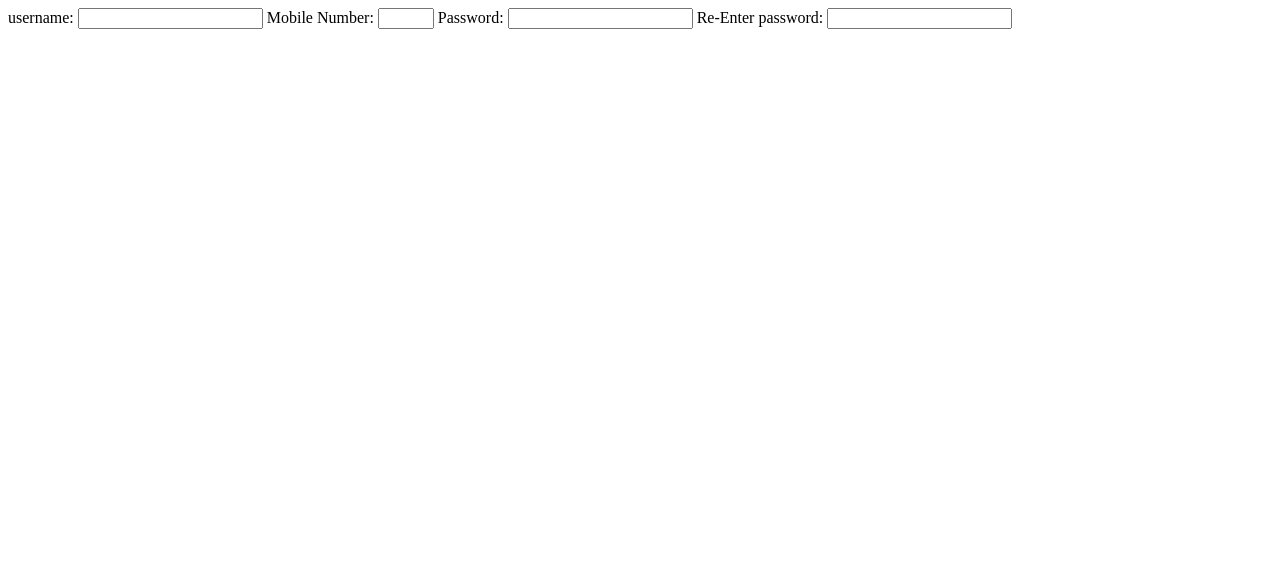
Repository: sasidhar1029/LocalFiles
Page: http://localhost/Electricity_Billing_System/Registration.jsp
An editor plug-in stored every save of this project. The page is shown before and after the next save, followed by the edit.
The browser window is 1280 px wide. The pictures show the whole page.
The page is served by Tomcat 10.

Above is the page before, as saved 2026-02-25 07:05:23.

After the next save:
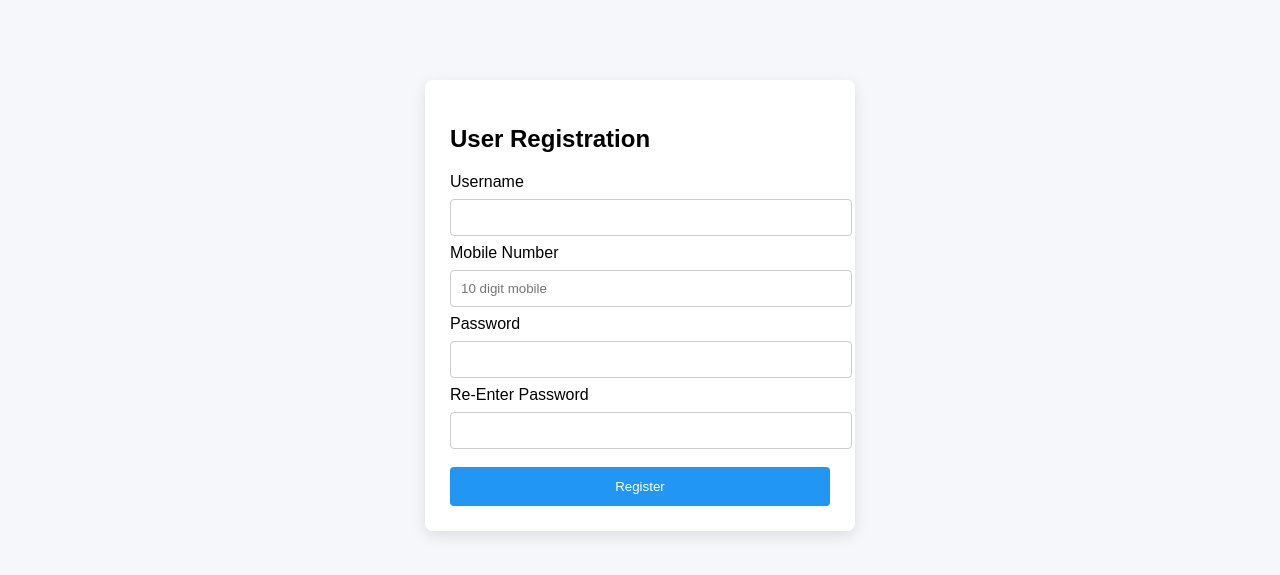
Saved 68 s later.
--- a/Electricity_Billing_System/src/main/webapp/Registration.jsp
+++ b/Electricity_Billing_System/src/main/webapp/Registration.jsp
@@ -1,21 +1,66 @@
 <%@ page language="java" contentType="text/html; charset=UTF-8"
-    pageEncoding="UTF-8"%>
+pageEncoding="UTF-8"%>
+
 <!DOCTYPE html>
+
 <html>
 <head>
 <meta charset="UTF-8">
-<title>Insert title here</title>
+<title>Registration</title>
+
+<style>
+body{
+    font-family:Arial;
+    background:#f5f7fa;
+}
+.container{
+    width:380px;
+    margin:80px auto;
+    background:#fff;
+    padding:25px;
+    border-radius:8px;
+    box-shadow:0 5px 15px rgba(0,0,0,0.1);
+}
+input{
+    width:100%;
+    padding:10px;
+    margin:8px 0;
+    border:1px solid #ccc;
+    border-radius:4px;
+}
+button{
+    width:100%;
+    padding:12px;
+    background:#2196f3;
+    color:#fff;
+    border:none;
+    border-radius:4px;
+    margin-top:10px;
+}
+</style>
+
 </head>
 <body>
+
+<div class="container">
+
+<h2>User Registration</h2>
+
 <form action="registration" method="post">
-username:
-<input type="text" name="username">
-Mobile Number:
-<input type="number" max=10 min=10>
-Password:
-<input type="password" name="password">
-Re-Enter password:
-<input type="password" name="repassword">
+
+<label>Username</label> <input type="text" name="username" required>
+
+<label>Mobile Number</label> <input type="tel" name="mobile" pattern="[0-9]{10}" placeholder="10 digit mobile" required>
+
+<label>Password</label> <input type="password" name="password" required>
+
+<label>Re-Enter Password</label> <input type="password" name="repassword" required>
+
+<button type="submit">Register</button>
+
 </form>
+
+</div>
+
 </body>
 </html>
